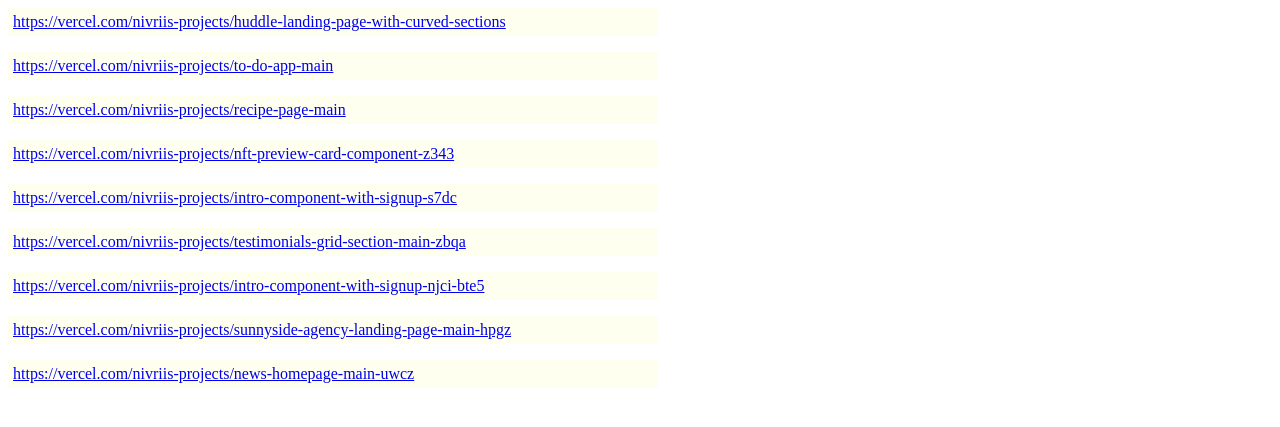
Repository: nivrii/links
Page: links.html
An editor plug-in stored every save of this project. The page is shown before and after the next save, followed by the edit.
The browser window is 1280 px wide. The pictures show the whole page.

Above is the page before, as saved 2024-07-06 20:51:30.

After the next save:
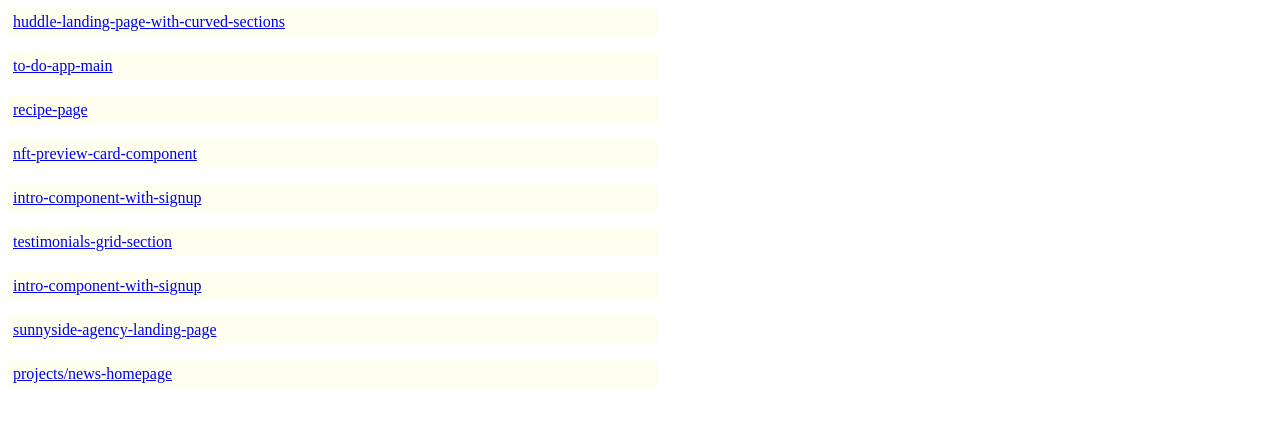
Saved 4 min 23 s later.
--- a/links.html
+++ b/links.html
@@ -1,32 +1,66 @@
 <!DOCTYPE html>
 <html lang="en">
-<head>
-  <meta charset="UTF-8">
-  <meta name="viewport" content="width=device-width, initial-scale=1.0">
-  <title>Links</title>
-  <style>
-    body{
-      display: flex;
-      flex-direction: column;
-      gap: 1rem;
-    }
-    a{
-      display: block;
-      padding: 5px;
-      background-color: ivory;
-      width: 50vw;
-    }
-  </style>
-</head>
-<body>
-  <a href="#" target="_blank">https://vercel.com/nivriis-projects/huddle-landing-page-with-curved-sections</a>
-  <a href="#" target="_blank">https://vercel.com/nivriis-projects/to-do-app-main</a>
-  <a href="#" target="_blank">https://vercel.com/nivriis-projects/recipe-page-main</a>
-  <a href="#" target="_blank">https://vercel.com/nivriis-projects/nft-preview-card-component-z343</a>
-  <a href="#" target="_blank">https://vercel.com/nivriis-projects/intro-component-with-signup-s7dc</a>
-  <a href="#" target="_blank">https://vercel.com/nivriis-projects/testimonials-grid-section-main-zbqa</a>
-  <a href="#" target="_blank">https://vercel.com/nivriis-projects/intro-component-with-signup-njci-bte5</a>
-  <a href="#" target="_blank">https://vercel.com/nivriis-projects/sunnyside-agency-landing-page-main-hpgz</a>
-  <a href="#" target="_blank">https://vercel.com/nivriis-projects/news-homepage-main-uwcz</a>
-</body>
+  <head>
+    <meta charset="UTF-8" />
+    <meta name="viewport" content="width=device-width, initial-scale=1.0" />
+    <title>Links</title>
+    <style>
+      body {
+        display: flex;
+        flex-direction: column;
+        gap: 1rem;
+      }
+      a {
+        display: block;
+        padding: 5px;
+        background-color: ivory;
+        width: 50vw;
+      }
+    </style>
+  </head>
+  <body>
+    <a
+      href="https://vercel.com/nivriis-projects/huddle-landing-page-with-curved-sections"
+      target="_blank"
+      >huddle-landing-page-with-curved-sections</a
+    >
+    <a href="https://vercel.com/nivriis-projects/to-do-app-main" target="_blank"
+      >to-do-app-main</a
+    >
+    <a
+      href="https://vercel.com/nivriis-projects/recipe-page-main"
+      target="_blank"
+      >recipe-page</a
+    >
+    <a
+      href="https://vercel.com/nivriis-projects/nft-preview-card-component-z343"
+      target="_blank"
+      >nft-preview-card-component</a
+    >
+    <a
+      href="https://vercel.com/nivriis-projects/intro-component-with-signup-s7dc"
+      target="_blank"
+      >intro-component-with-signup</a
+    >
+    <a
+      href="https://vercel.com/nivriis-projects/testimonials-grid-section-main-zbqa"
+      target="_blank"
+      >testimonials-grid-section</a
+    >
+    <a
+      href="https://vercel.com/nivriis-projects/intro-component-with-signup-njci-bte5"
+      target="_blank"
+      >intro-component-with-signup</a
+    >
+    <a
+      href="https://vercel.com/nivriis-projects/sunnyside-agency-landing-page-main-hpgz"
+      target="_blank"
+      >sunnyside-agency-landing-page</a
+    >
+    <a
+      href="https://vercel.com/nivriis-projects/news-homepage-main-uwcz"
+      target="_blank"
+      >projects/news-homepage</a
+    >
+  </body>
 </html>
